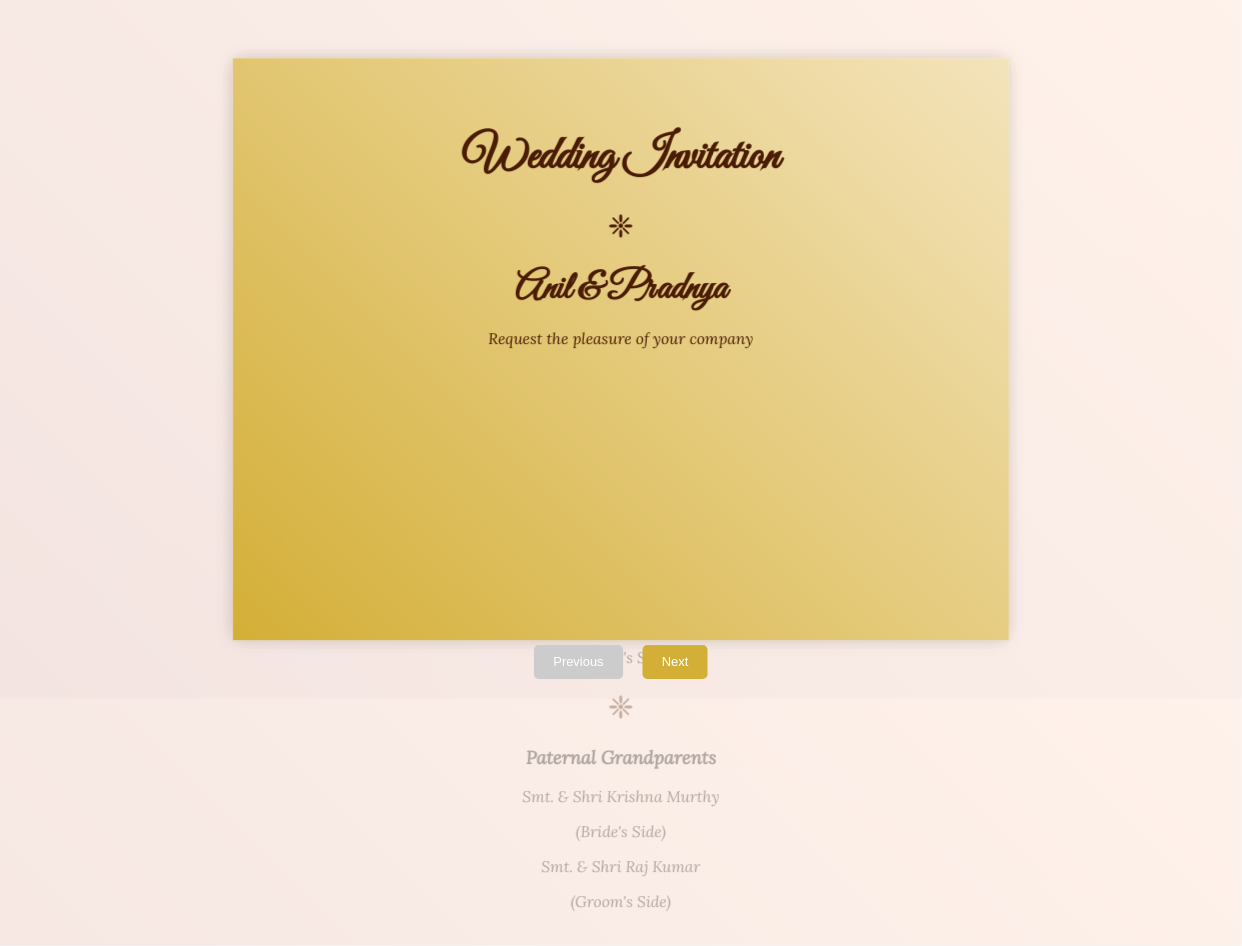
Repository: abhibkop27/finalwedding
Page: index.html
The author's editor kept a copy of each file at every save. The page is drawn from the files as they stood at one save, then again after the next save.
The browser window is 1280 px wide. The pictures show the whole page, at 97% of full size.

Above is the page before, as saved 2025-02-17 12:38:26.

After the next save:
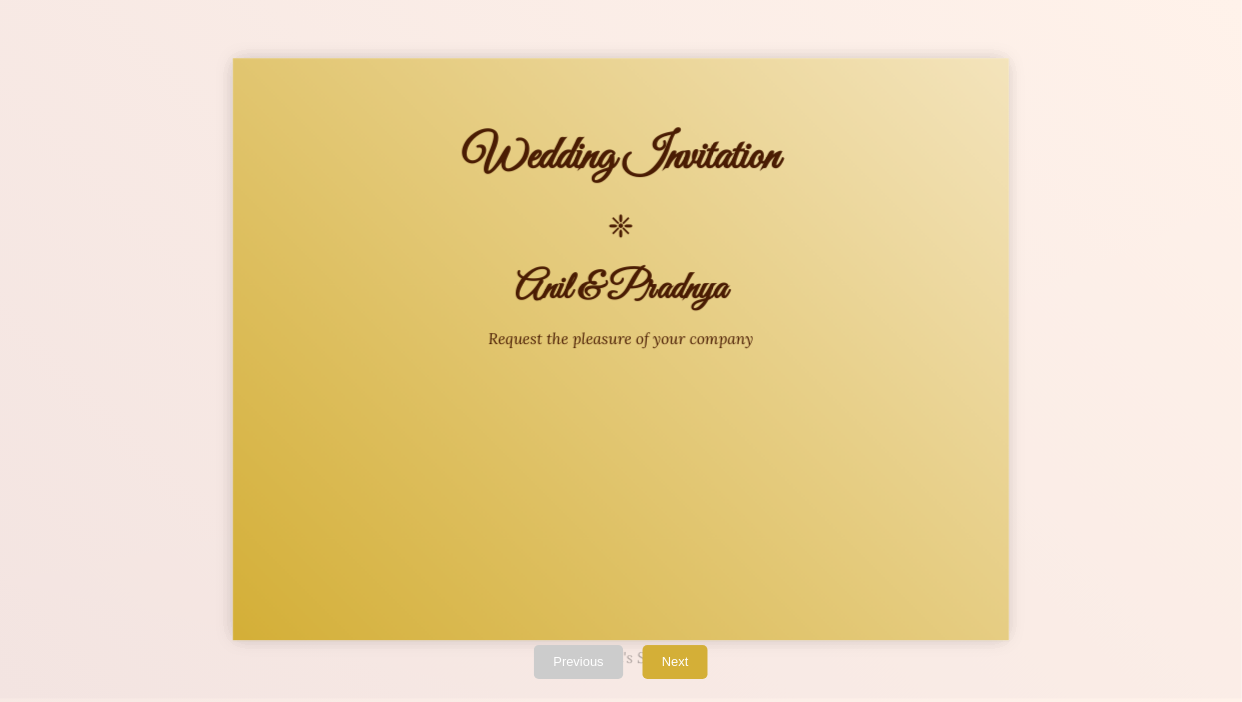
Saved 2 min 23 s later.
--- a/index.html
+++ b/index.html
@@ -50,22 +50,8 @@
                             <p class="relation">(Parents of the Groom)</p>
                         </div>
                     </div>
-                    <div class="ornament">❈</div>
-                    <div class="family-grid">
-                        <div class="family-section">
-                            <h3>Maternal Grandparents</h3>
-                            <div class="grandparents">
-                                <div>
-                                    <p class="elder-name">Smt. & Shri Ramesh Kumar</p>
-                                    <p class="relation">(Bride's Side)</p>
-                                </div>
-                                <div>
-                                    <p class="elder-name">Smt. & Shri Suresh Kumar</p>
-                                    <p class="relation">(Groom's Side)</p>
-                                </div>
-                            </div>
-                        </div>
-                    </div>
+
+
                     <div class="ornament">❈</div>
                     <div class="family-grid">
                         <div class="family-section">
